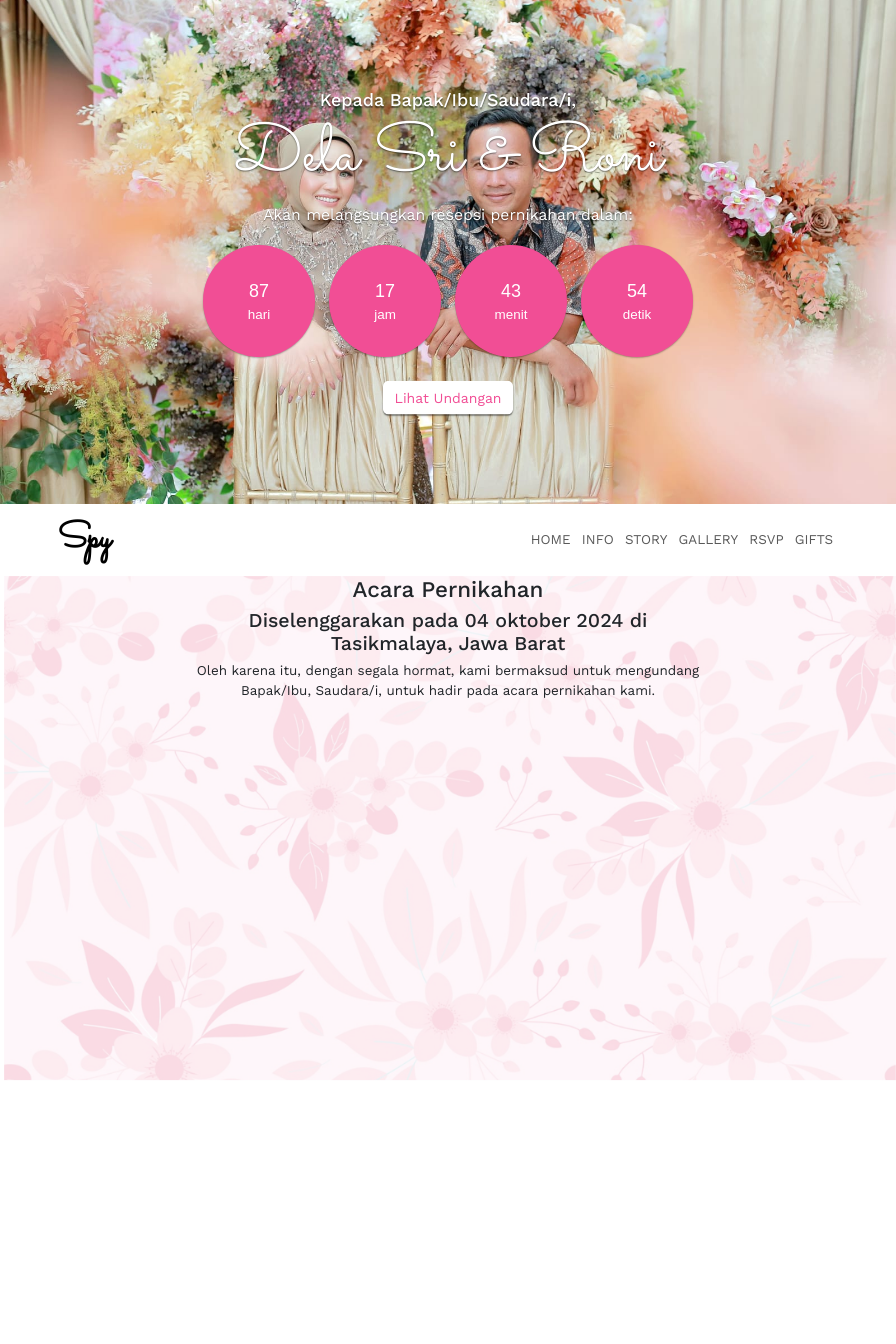
Repository: sellayspy/invitation
Page: index.html
The author's editor kept a copy of each file at every save. The page is drawn from the files as they stood at one save, then again after the next save.
The browser window is 1280 px wide. The pictures show the part of the page from y = 0 to 1920 px (the page is 4000 px tall), at 70% of full size.

Above is the page before, as saved 2024-07-08 15:48:08.

### index.html
<!DOCTYPE html>
<html lang="en">
  <head>
    <meta charset="utf-8" />
    <meta name="viewport" content="width=device-width, initial-scale=1" />
    <title>Dela & Roni</title>
    <link
      href="https://cdn.jsdelivr.net/npm/bootstrap@5.3.3/dist/css/bootstrap.min.css"
      rel="stylesheet"
      integrity="sha384-QWTKZyjpPEjISv5WaRU9OFeRpok6YctnYmDr5pNlyT2bRjXh0JMhjY6hW+ALEwIH"
      crossorigin="anonymous"
    />
    <link rel="preconnect" href="https://fonts.googleapis.com" />
    <link rel="preconnect" href="https://fonts.gstatic.com" crossorigin />
    <link
      href="https://fonts.googleapis.com/css2?family=Sacramento&family=Work+Sans:ital,wght@0,100..900;1,100..900&display=swap"
      rel="stylesheet"
    />

    <!--Simple Coutdown-->
    <link rel="stylesheet" href="coutdown/simplyCountdown.theme.default.css" />
    <script src="coutdown/simplyCountdown.min.js"></script>

    <link rel="stylesheet" href="style.css" />
  </head>
  <body>
    <section
      id="hero"
      class="hero w-100 h-100 p-3 mx-auto text-center d-flex justify-content-center align-items-center text-white"
    >
      <main>
        <h4>Kepada Bapak/Ibu/Saudara/i,</h4>
        <h1>Dela Sri & Roni</h1>
        <p>Akan melangsungkan resepsi pernikahan dalam:</p>
        <div class="simply-countdown"></div>
        <a href="#undangan" class="btn btn-lg mt-4">Lihat Undangan</a>
      </main>
    </section>

    <nav class="navbar navbar-expand-md bg-transparent sticky-top mynavbar">
      <div class="container">
        <a class="navbar-brand" href="#">Spy</a>
        <button
          class="navbar-toggler border-0"
          type="button"
          data-bs-toggle="offcanvas"
          data-bs-target="#offcanvasNavbar"
          aria-controls="offcanvasNavbar"
          aria-label="Toggle navigation"
        >
          <span class="navbar-toggler-icon"></span>
        </button>
        <div
          class="offcanvas offcanvas-end"
          tabindex="-1"
          id="offcanvasNavbar"
          aria-labelledby="offcanvasNavbarLabel"
        >
          <div class="offcanvas-header">
            <h5 class="offcanvas-title" id="offcanvasNavbarLabel">Spy</h5>
            <button
              type="button"
              class="btn-close"
              data-bs-dismiss="offcanvas"
              aria-label="Close"
            ></button>
          </div>
          <div class="offcanvas-body">
            <div class="navbar-nav ms-auto">
              <a class="nav-link" href="#home">Home</a>
              <a class="nav-link" href="#info">Info</a>
              <a class="nav-link" href="#story">Story</a>
              <a class="nav-link" href="#gallery">Gallery</a>
              <a class="nav-link" href="#rsvp">RSVP</a>
              <a class="nav-link" href="#gift">Gifts</a>
            </div>
          </div>
        </div>
      </div>
    </nav>

    <section id="home" class="home">
      <div class="container">
        <div class="row justify-content-center">
          <div class="col-md-8 text-center">
            <h2>Acara Pernikahan</h2>
            <h3>
              Diselenggarakan pada 04 oktober 2024 di Tasikmalaya, Jawa Barat
            </h3>
            <p>
              Oleh karena itu, dengan segala hormat, kami bermaksud untuk
              mengundang Bapak/Ibu, Saudara/i, untuk hadir pada acara pernikahan
              kami.
            </p>
          </div>
        </div>
      </div>
    </section>

    <script
      src="https://cdn.jsdelivr.net/npm/bootstrap@5.3.3/dist/js/bootstrap.bundle.min.js"
      integrity="sha384-YvpcrYf0tY3lHB60NNkmXc5s9fDVZLESaAA55NDzOxhy9GkcIdslK1eN7N6jIeHz"
      crossorigin="anonymous"
    ></script>

    <script>
      simplyCountdown(".simply-countdown", {
        year: 2024, // required
        month: 10, // required
        day: 4, // required
        hours: 8, // Default is 0 [0-23] integer
        words: {
          //words displayed into the countdown
          days: { singular: "hari", plural: "hari" },
          hours: { singular: "jam", plural: "jam" },
          minutes: { singular: "menit", plural: "menit" },
          seconds: { singular: "detik", plural: "detik" },
        },
      });
    </script>
  </body>
</html>

### coutdown/simplyCountdown.theme.default.css
.simply-countdown {
  overflow: hidden;
  display: table;
  font-family: "Arial", sans-serif;
  margin: auto;
}
.simply-countdown > .simply-section {
  width: 50px;
  height: 50px;
  padding: 80px;
  display: flex;
  align-items: center;
  justify-content: center;
  float: left;
  margin: 10px;
  background: var(--pink);
  box-shadow: 0 1px 3px rgba(0, 0, 0, 0.12), 0 1px 2px rgba(0, 0, 0, 0.24);
  border-radius: 50%;
}
.simply-countdown > .simply-section .simply-amount,
.simply-countdown > .simply-section .simply-word {
  display: block;
  text-align: center;
}
.simply-countdown > .simply-section .simply-amount {
  font-size: 1.6rem;
}

### style.css
:root {
  --pink: #f14e95;

  --bg: #0a0a0a;

  --shadow: 0 2px 2px rgb(0 0 0/ 0.5);
}

body {
  font-size: 1.2rem;
  font-family: "Work Sans", sans-serif;
  min-height: 4000px;
}

.hero::before {
  content: "";
  position: absolute;
  top: 0;
  left: 0;
  height: 100%;
  width: 100%;
  background-image: url(img/gambar-1.jpg);
  background-size: cover;
  background-position: center;
  z-index: -1;
  filter: blur(1px);
}

.hero {
  position: relative;
  min-height: 100vh;
}

.hero h1,
.hero h4,
.hero p {
  text-shadow: var(--shadow);
}

.hero h1 {
  font-family: "Sacramento", cursive;
  font-size: 6rem;
}

.hero h4 {
  font-size: 1.6rem;
}

.hero p {
  font-size: 1.4rem;
}

.hero a {
  color: var(--pink);

  background-color: white;

  box-shadow: var(--shadow);
}

.hero a:hover {
  background-color: var(--pink);
  color: white;
}

.mynavbar {
}

.mynavbar .navbar-brand,
.mynavbar .offcanvas-title {
  font-family: "Sacramento", cursive;
  font-size: 3.2rem;
  font-weight: bold;
}

.mynavbar .nav-link {
  text-transform: uppercase;
}

.home {
  background-image: url(img/Desain\ tanpa\ judul.png);
  background-size: cover;
  min-height: 100vh;
}

/* Media Query */

/* Laptop */
@media (max-width: 992px) {
  html {
    font-size: 75%;
  }
  .simply-countdown > .simply-section {
    padding: 70px;
  }
}

/* Tablet */
@media (max-width: 768px) {
  html {
    font-size: 65%;
  }
  .simply-countdown > .simply-section {
    padding: 60px;
    margin: 5px;
  }

  .mynavbar .nav-link {
    font-size: 2rem;
    text-align: center;
  }
}

/* mobile phone */
@media (max-width: 576px) {
  html {
    font-size: 55%;
  }
  .simply-countdown > .simply-section {
    padding: 45px;
    margin: 3px;
  }
}

Loaded but not shown: coutdown/simplyCountdown.min.js (library)

After the next save:
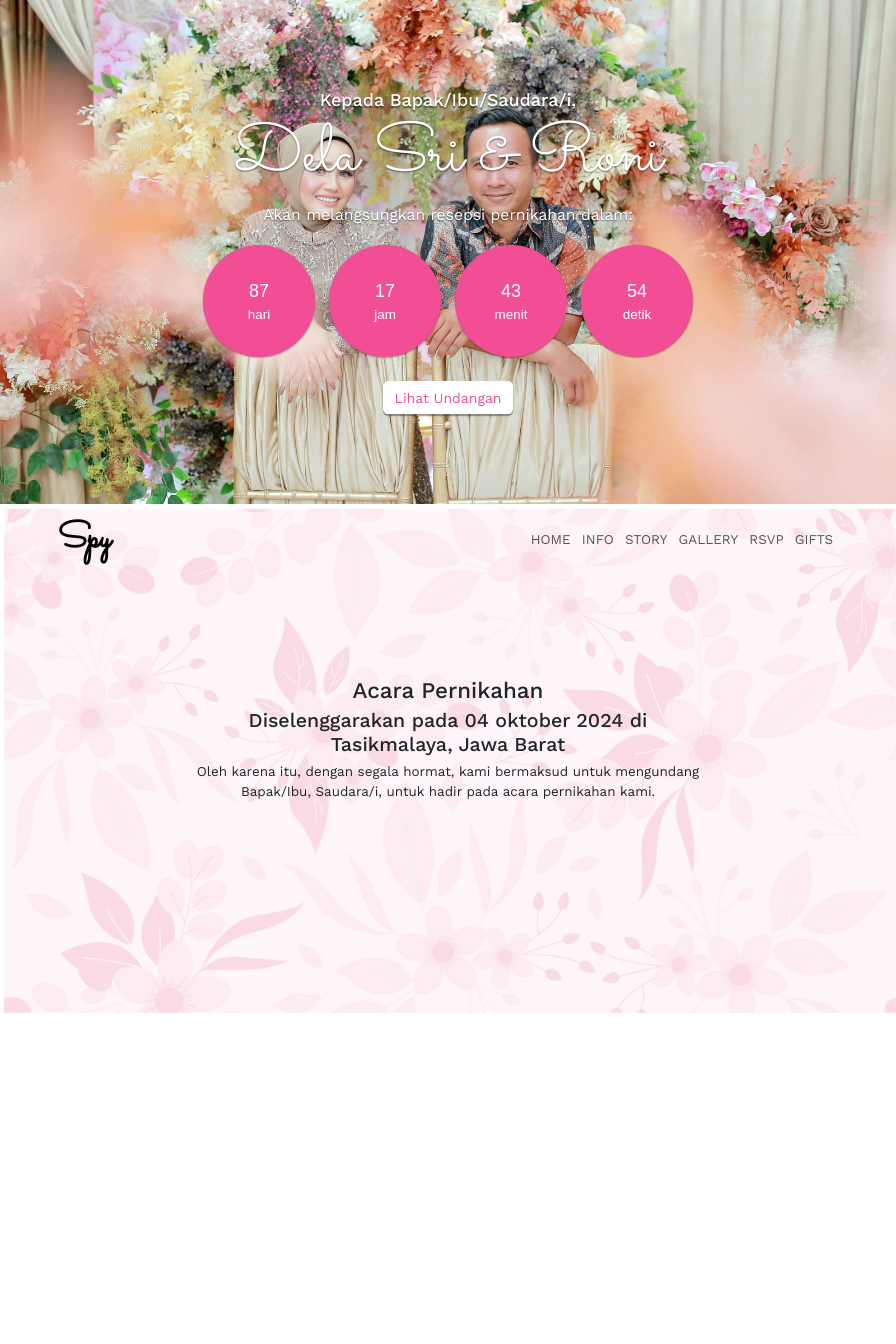
Saved 37 s later.
--- a/style.css
+++ b/style.css
@@ -81,6 +81,9 @@ body {
   background-image: url(img/Desain\ tanpa\ judul.png);
   background-size: cover;
   min-height: 100vh;
+  margin-top: -6rem;
+  padding-top: 15rem;
+  padding-bottom: 5rem;
 }
 
 /* Media Query */
